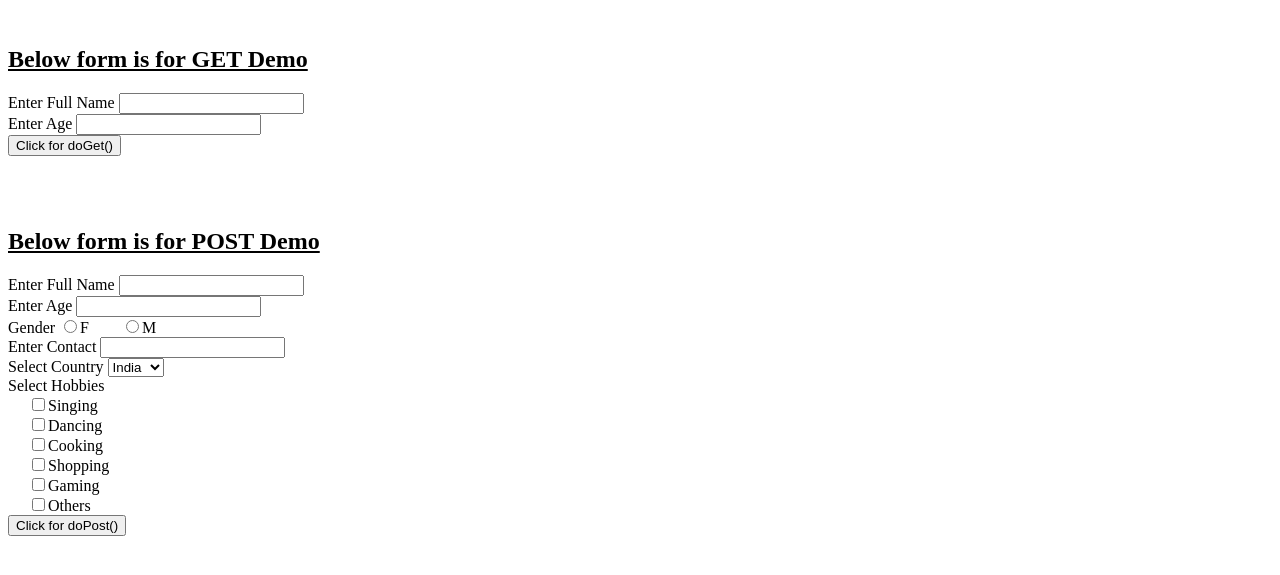
Repository: KOKILA-99/Project_Phase1
Page: Demo Servlet/WebContent/sample.html
The author's editor kept a copy of each file at every save. The page is drawn from the files as they stood at one save, then again after the next save.
The browser window is 1280 px wide. The pictures show the whole page.

Above is the page before, as saved 2020-10-24 11:38:50.

### Demo Servlet/WebContent/sample.html
<html>
<head>
<meta charset="ISO-8859-1">
<title>Sample Page</title>
</head>
<body>
<br/>
<h2><u>Below form is for GET Demo</u></h2>
<form action="welcome">
Enter Full Name <input type="text" name="fullname"><br/>
Enter Age <input type="text" name="age"><br/>
<input type="submit" value="Click for doGet()">
</form>

<br/>
<br/>
<h2><u>Below form is for POST Demo</u></h2>
<form action="welcome" method="post">
Enter Full Name <input type="text" name="fullname"><br/>
Enter Age <input type="text" name="age"><br/>
Gender <input type="radio" name="gender" value="Female"/>F &nbsp;&nbsp;&nbsp;&nbsp;&nbsp;&nbsp;
        <input type="radio" name="gender" value="Male"/>M <br/>
Enter Contact <input type="number" name="contact"> <br/>
Select Country <select name="country">
				<option value="INDIA">India</option>
				<option value="OTHER COUNTRY">Other</option>
			</select><br/>
Select Hobbies<br/>
&nbsp;&nbsp;&nbsp;&nbsp; <input type="checkbox" value="Sing" name="hobby">Singing<br/>
&nbsp;&nbsp;&nbsp;&nbsp; <input type="checkbox" value="Dance" name="hobby">Dancing<br/>
&nbsp;&nbsp;&nbsp;&nbsp; <input type="checkbox" value="Cook" name="hobby">Cooking<br/>
&nbsp;&nbsp;&nbsp;&nbsp; <input type="checkbox" value="Shop" name="hobby">Shopping<br/>
&nbsp;&nbsp;&nbsp;&nbsp; <input type="checkbox" value="Game" name="hobby">Gaming<br/>
&nbsp;&nbsp;&nbsp;&nbsp; <input type="checkbox" value="Other Hobby Too" name="hobby">Others<br/>

<input type="submit" value="Click for doPost()">
</form>
</body>
</html></title>
</head>
<body>

</body>
</html>

After the next save:
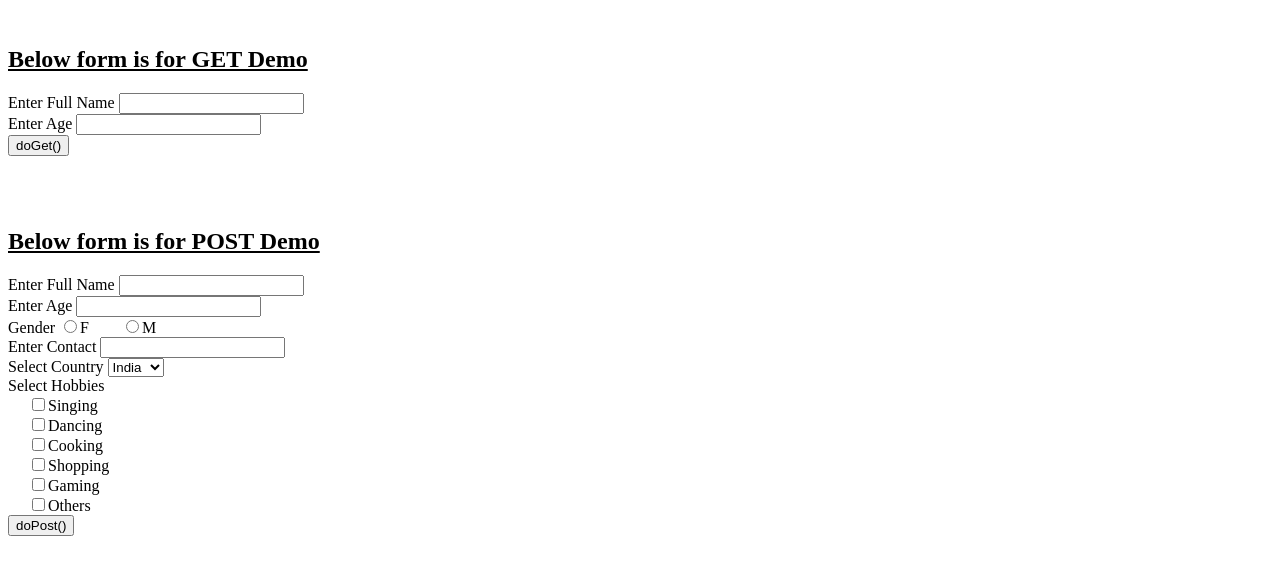
Saved 31 s later.
--- a/Demo Servlet/WebContent/sample.html
+++ b/Demo Servlet/WebContent/sample.html
@@ -9,7 +9,7 @@
 <form action="welcome">
 Enter Full Name <input type="text" name="fullname"><br/>
 Enter Age <input type="text" name="age"><br/>
-<input type="submit" value="Click for doGet()">
+<input type="submit" value="doGet()">
 </form>
 
 <br/>
@@ -33,7 +33,7 @@ Select Hobbies<br/>
 &nbsp;&nbsp;&nbsp;&nbsp; <input type="checkbox" value="Game" name="hobby">Gaming<br/>
 &nbsp;&nbsp;&nbsp;&nbsp; <input type="checkbox" value="Other Hobby Too" name="hobby">Others<br/>
 
-<input type="submit" value="Click for doPost()">
+<input type="submit" value="doPost()">
 </form>
 </body>
 </html></title>
